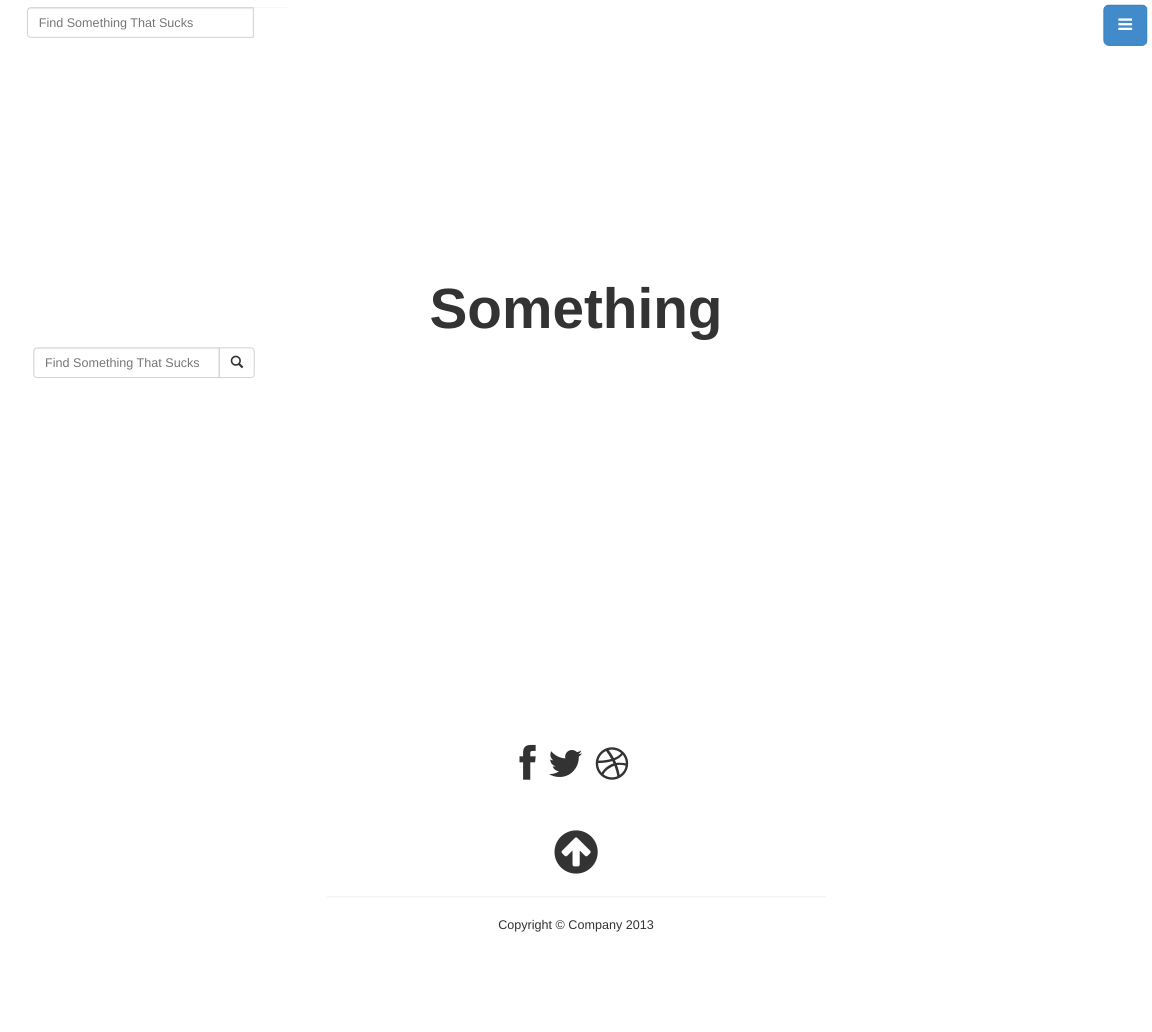
Repository: rajisreehari/sr
Page: http://localhost/SRWeb/WEB-INF/views/sr/about.jsp
The author's editor kept a copy of each file at every save. The page is drawn from the files as they stood at one save, then again after the next save.
The browser window is 1280 px wide. The pictures show the whole page, at 90% of full size.
Backgrounds fixed to the window are drawn as part of the page. The page is served by Tomcat 9. Nobody is signed in. The template is opened directly, without the code that normally fills it, so the values that code supplies are empty.

Above is the page before, as saved 2014-07-16 16:22:11.

After the next save:
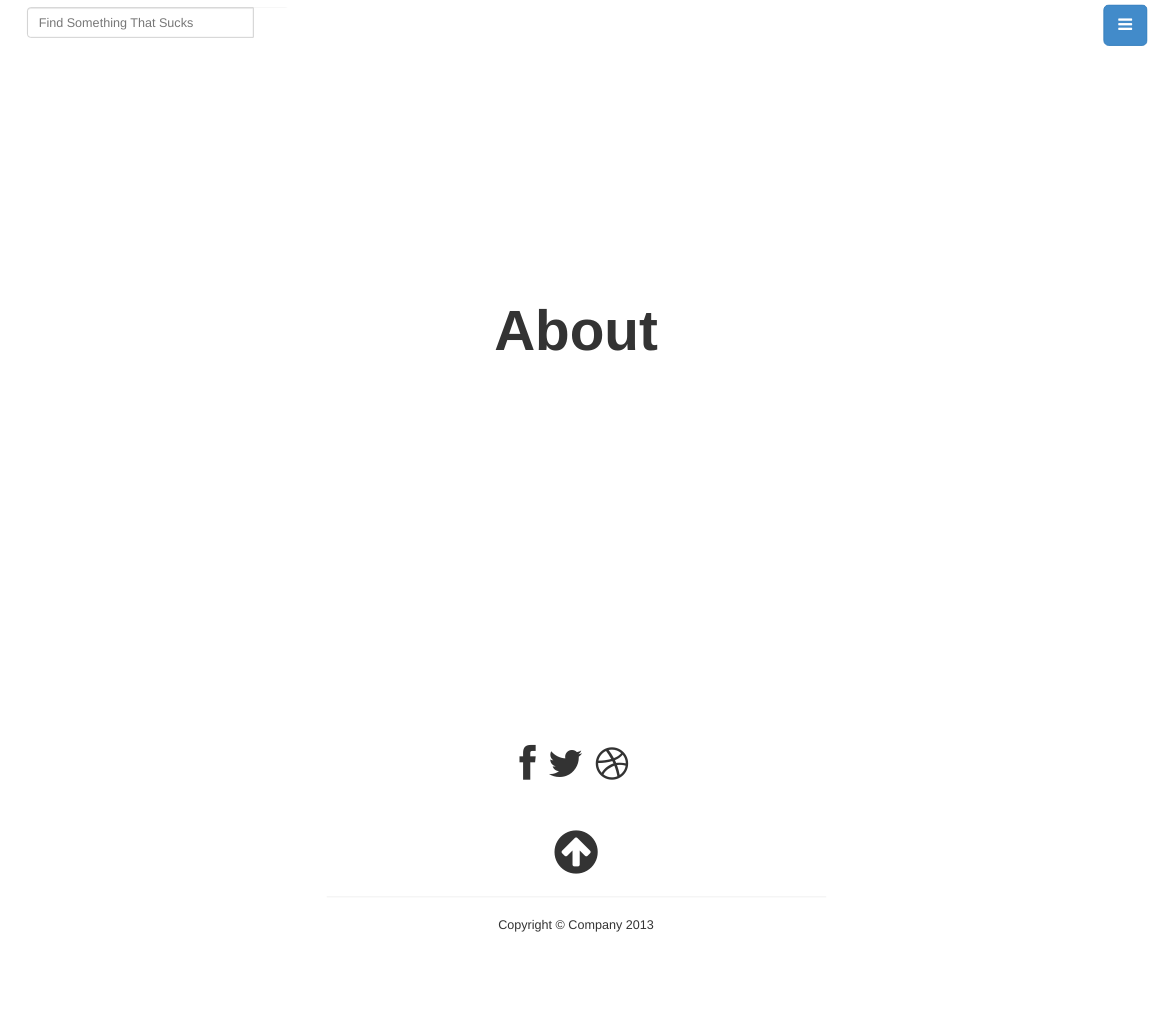
Saved 8 s later.
--- a/SRWeb/WebContent/WEB-INF/views/sr/about.jsp
+++ b/SRWeb/WebContent/WEB-INF/views/sr/about.jsp
@@ -4,20 +4,9 @@
 
 <div id="top" class="header">
 	<div class="vert-text">
-		<h1>Something</h1>
+		<h1>About</h1>
 
-		<div class="col-sm-3 col-md-3 pull-left">
-			<form class="navbar-form" role="search">
-				<div class="input-group">
-					<input type="text" class="form-control" placeholder="Find Something That Sucks" name="q">
-					<div class="input-group-btn">
-						<button class="btn btn-default" type="submit">
-							<i class="glyphicon glyphicon-search"></i>
-						</button>
-					</div>
-				</div>
-			</form>
-		</div>
+
 	</div>
 </div>
 
